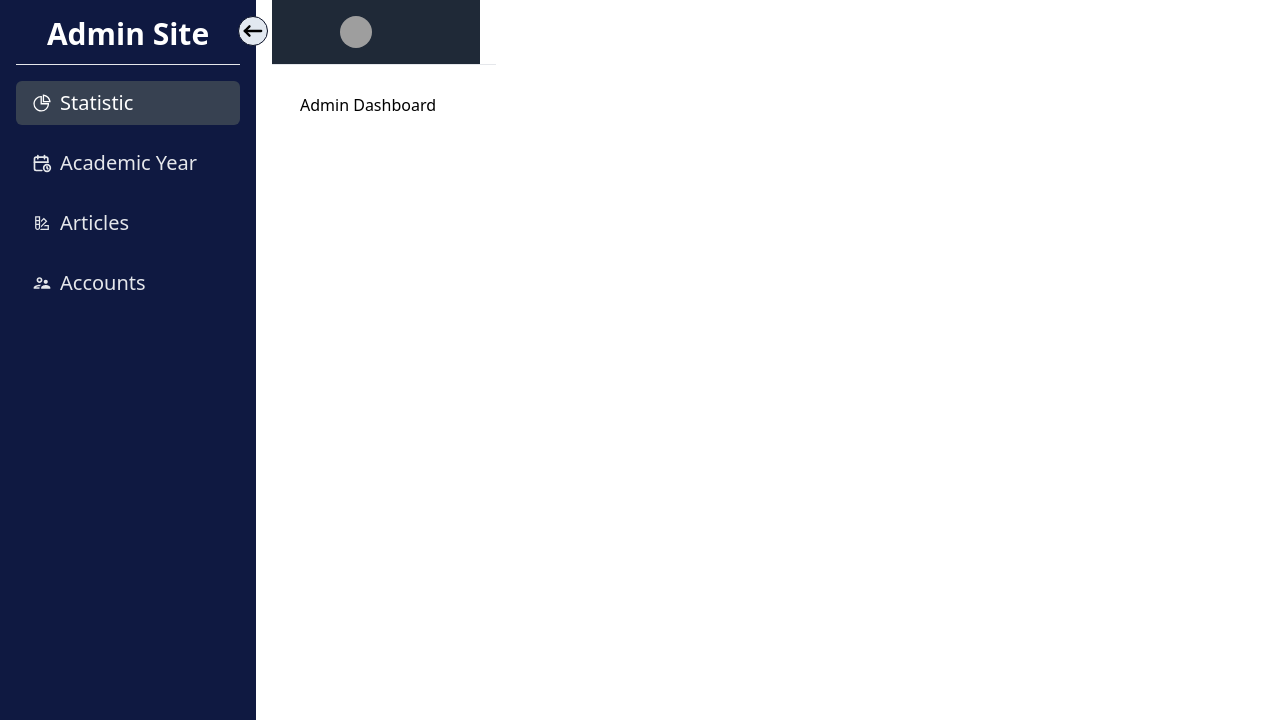
Repository: huynhvanngoan/COMP1640FE-Template
Page: /admin
The author's editor kept a copy of each file at every save. The page is drawn from the files as they stood at one save, then again after the next save.
The browser window is 1280 px wide. The pictures show the whole page.
Pictures or frames that could not be fetched are drawn as grey boxes. The project was rebuilt for these pictures with package versions that can differ from the ones it lists, and the page was loaded fresh each time. Also part of the build but not shown: src/components/buttonStyles.js, src/pages/LoginPage.jsx, src/pages/student/StudentDashboard.jsx, src/pages/department/DepartmentDashboard.jsx, src/pages/marketing/MarketingDashboard.jsx, src/pages/guest/GuestDashboard.jsx.

Above is the page before, as saved 2024-03-24 07:43:31.

### src/index.js
import React from 'react';
import ReactDOM from 'react-dom/client';
import './index.css';
import App from './App';

const root = ReactDOM.createRoot(document.getElementById('root'));
root.render(
  <React.StrictMode>
      <App />
  </React.StrictMode>
)

### src/index.css
@import url('https://fonts.googleapis.com/css2?family=Inter:wght@100;200;300;400;500;600;700;800;900&display=swap');
@tailwind base;
@tailwind components;
@tailwind utilities;

### src/App.js
import React from 'react'
import { BrowserRouter as Router, Routes, Route, Navigate } from "react-router-dom";
import LoginPage from './pages/LoginPage';
import StudentDashboard from './pages/student/StudentDashboard';
import DepartmentDashboard from './pages/department/DepartmentDashboard';
import MarketingDashboard from './pages/marketing/MarketingDashboard';
import GuestDashboard from './pages/guest/GuestDashboard';
import Layout from './pages/admin/layout';
const App = () => {


  return (
    <Router>
        <Routes>
          <Route path="/login" element={<LoginPage/>} />

          <Route path="/admin" element={<Layout />}/>

          <Route path="/student-dashboard" element={<StudentDashboard />}/>

          <Route path="/guest-dashboard" element={<GuestDashboard />}/>

          <Route path="/department-dashboard" element={<DepartmentDashboard />}/>

          <Route path="/marketing-dashboard" element={<MarketingDashboard />}/>

          {/* <Route path='/marketing-homepage' element={<MarketingHomePage  />}/> */}

          <Route path='*' element={<Navigate to="/login" />} />

        </Routes>
    </Router>
  )
}

export default App

### src/pages/admin/layout.js
import React from 'react';
import Sidebar from './Sidebar';
import Header from './Header';
import AdminDashboard from './AdminDashboard';


export default function Layout() {
  return (
      <div className='flex'>
        <Sidebar />
        <div className='flex flex-col'>
          <Header />
          <AdminDashboard />
        </div>
      </div>
  );
}

### src/pages/admin/Sidebar.js
import React, { useState } from 'react';
import { Link } from 'react-router-dom';
import { AiOutlinePieChart } from "react-icons/ai";
import { TbCalendarTime } from "react-icons/tb";
import { LiaSwatchbookSolid } from "react-icons/lia";
import { MdOutlineSupervisorAccount } from "react-icons/md";
import { TbArrowNarrowLeft } from "react-icons/tb";
export const SidebarContent = [
  {
    icon: AiOutlinePieChart,
    heading: "Statistic"
  },
  {
    icon: TbCalendarTime,
    heading: "Academic Year"
  },
  {
    icon: LiaSwatchbookSolid,
    heading: "Articles"
  },
  {
    icon: MdOutlineSupervisorAccount,
    heading: "Accounts"
  }
]

export default function Sidebar() {
  const [selected, setSelected] = useState(0);
  const [colapse, setColapse] = useState(true);

  return (
    <div className={`left-0 top-0 h-screen bg-[#0f1941] p-4 ${colapse ? "w-64" : "w-20"} duration-300`}>
        <div className='flex flex-col'>
           <div className='relative flex h-10 justify-end'>
            {
              colapse ? (<h1 className='text-white text-3xl font-bold mx-auto '>Admin Site</h1>) : ''
            }
            <TbArrowNarrowLeft className={`text-3xl bg-slate-200 rounded-full cursor-pointer absolute -right-7 border border-[#080e24] hover:text-white ${!colapse && 'rotate-180'}`} onClick={() => setColapse(!colapse)} />
           </div>
          <ul className='my-2 border-t pt-4 w-full items-center'>
            {SidebarContent.map((item, index) => {
              return (
                <li className={selected === index  ? "mb-4 group active" : "mb-4" } key={index} onClick={() => setSelected(index)}>
                  <Link to="#" className={`flex w-full rounded-md items-center space-x-2 text-gray-200 hover:bg-[#080e24] hover:text-white group-[.active]:bg-gray-700 group-[.active]:text-white ${colapse ? 'text-xl px-4 py-2 ': 'text-3xl px-2 py-1'}`}>
                    { colapse ? (
                      <>
                        <item.icon />
                        <span>{item.heading}</span>
                      </>
                    ) : ( <item.icon />)
                    }
                  </Link>
                </li>
              )
            })}
          </ul>
        </div>
    </div>
  );
}

### src/pages/admin/Header.js
import { Disclosure, Menu, Transition } from '@headlessui/react';
import React from 'react';
import { Fragment } from 'react';
function classNames(...classes) {
  return classes.filter(Boolean).join(' ')
}

export default function Header() {
  return (
    <Disclosure as="nav" className="bg-gray-800 top-2 ml-4 right-0 w-7xl">
      {({ open }) => (
        <>
          <div className="mx-auto max-w-full px-2 sm:px-6 lg:px-8">
            <div className="relative flex h-16 items-center justify-between">
              <div className="absolute inset-y-0 right-0 flex items-center pr-2 sm:static sm:inset-auto sm:ml-6 sm:pr-0">
                <Menu as="div" className="relative ml-3">
                  <div>
                    <Menu.Button className="relative flex rounded-full bg-gray-800 text-sm focus:outline-none focus:ring-2 focus:ring-white focus:ring-offset-2 focus:ring-offset-gray-800">
                      <span className="absolute -inset-1.5" />
                      <span className="sr-only">Open user menu</span>
                      <img
                        className="h-8 w-8 rounded-full"
                        src="https://images.unsplash.com/photo-1472099645785-5658abf4ff4e?ixlib=rb-1.2.1&ixid=eyJhcHBfaWQiOjEyMDd9&auto=format&fit=facearea&facepad=2&w=256&h=256&q=80"
                        alt=""
                      />
                    </Menu.Button>
                  </div>
                  <Transition
                    as={Fragment}
                    enter="transition ease-out duration-100"
                    enterFrom="transform opacity-0 scale-95"
                    enterTo="transform opacity-100 scale-100"
                    leave="transition ease-in duration-75"
                    leaveFrom="transform opacity-100 scale-100"
                    leaveTo="transform opacity-0 scale-95"
                  >
                    <Menu.Items className="absolute right-0 z-10 mt-2 w-48 origin-top-right rounded-md bg-white py-1 shadow-lg ring-1 ring-black ring-opacity-5 focus:outline-none">
                      <Menu.Item>
                        {({ active }) => (
                          <a
                            href="#"
                            className={classNames(active ? 'bg-gray-100' : '', 'block px-4 py-2 text-sm text-gray-700')}
                          >
                            Your Profile
                          </a>
                        )}
                      </Menu.Item>
                      <Menu.Item>
                        {({ active }) => (
                          <a
                            href="#"
                            className={classNames(active ? 'bg-gray-100' : '', 'block px-4 py-2 text-sm text-gray-700')}
                          >
                            Settings
                          </a>
                        )}
                      </Menu.Item>
                      <Menu.Item>
                        {({ active }) => (
                          <a
                            href="#"
                            className={classNames(active ? 'bg-gray-100' : '', 'block px-4 py-2 text-sm text-gray-700')}
                          >
                            Sign out
                          </a>
                        )}
                      </Menu.Item>
                    </Menu.Items>
                  </Transition>
                </Menu>
              </div>
            </div>
          </div>
        </>
      )}
    </Disclosure>
  )
}

### src/pages/admin/AdminDashboard.js
import React from 'react'

const AdminDashboard = () => {
  return (
      <div className='p-7 mx-4 w-full border-t'>
        Admin Dashboard
      </div>
  )
}

export default AdminDashboard

### tailwind.config.js
/** @type {import('tailwindcss').Config} */
module.exports = {
  content: [
    "./src/**/*.{js,jsx,ts,tsx}",
  ],
  theme: {
    extend: {
      fontFamily: {
        "inter": ["Inter", "sans-serif"]
      }
    },
  },
  plugins: [],
}

Loaded but not shown: public/index.html (common file)

After the next save:
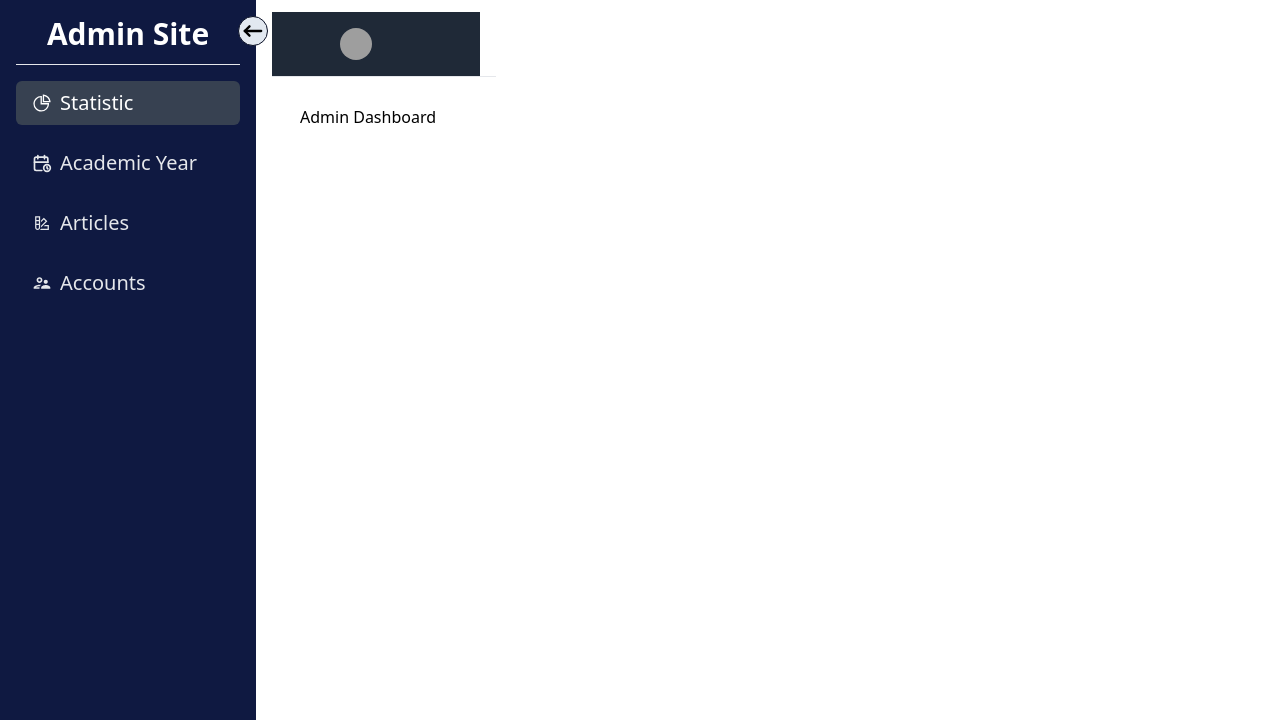
Saved 13 s later.
--- a/src/pages/admin/Header.js
+++ b/src/pages/admin/Header.js
@@ -7,7 +7,7 @@ function classNames(...classes) {
 
 export default function Header() {
   return (
-    <Disclosure as="nav" className="bg-gray-800 top-2 ml-4 right-0 w-7xl">
+    <Disclosure as="nav" className="bg-gray-800 mt-3 ml-4 right-0 w-7xl">
       {({ open }) => (
         <>
           <div className="mx-auto max-w-full px-2 sm:px-6 lg:px-8">
